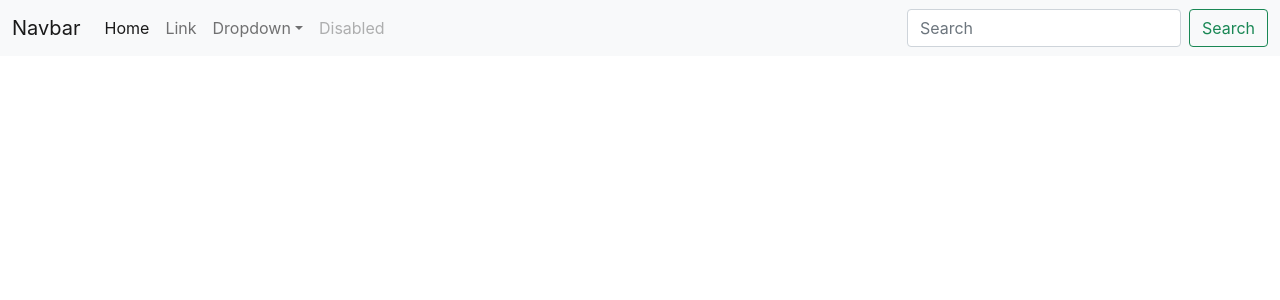
Repository: Ali0548/WebEducatorz-Batch6-7-9-10
Page: / (app in frontend/)
The author's editor kept a copy of each file at every save. The page is drawn from the files as they stood at one save, then again after the next save.
The browser window is 1280 px wide. The pictures show the whole page.
The project was rebuilt for these pictures with package versions that can differ from the ones it lists, and the page was loaded fresh each time.

Above is the page before, as saved 2023-11-26 16:27:50.

After the next save:
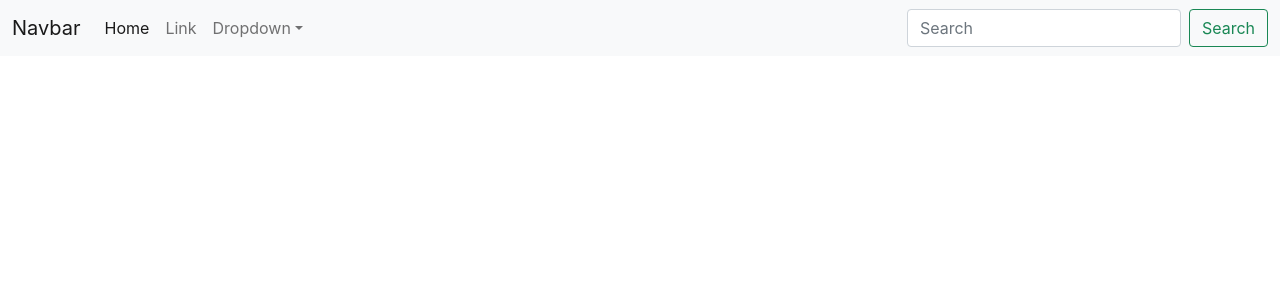
Saved 13 s later.
--- a/frontend/src/App.js
+++ b/frontend/src/App.js
@@ -29,9 +29,7 @@ function App() {
             <li><a className="dropdown-item" href="#">Something else here</a></li>
           </ul>
         </li>
-        <li className="nav-item">
-          <a className="nav-link disabled" href="#" tabindex="-1" aria-disabled="true">Disabled</a>
-        </li>
+
       </ul>
       <form className="d-flex">
         <input className="form-control me-2" type="search" placeholder="Search" aria-label="Search" />
